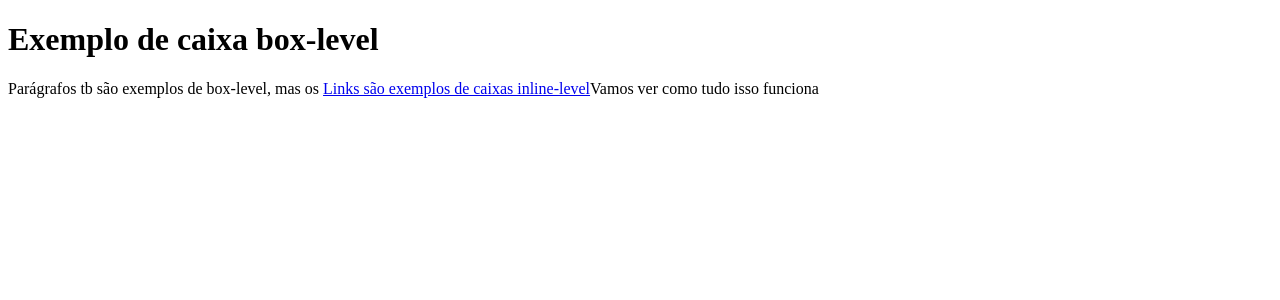
Repository: DorivalJunior14/exercicios
Page: ex.caixas.html/ex.caixas.html
The author's editor kept a copy of each file at every save. The page is drawn from the files as they stood at one save, then again after a run of saves.
The browser window is 1280 px wide. The pictures show the whole page.

Above is the page before, as saved 2021-05-12 16:15:50.

After the next 2 saves:
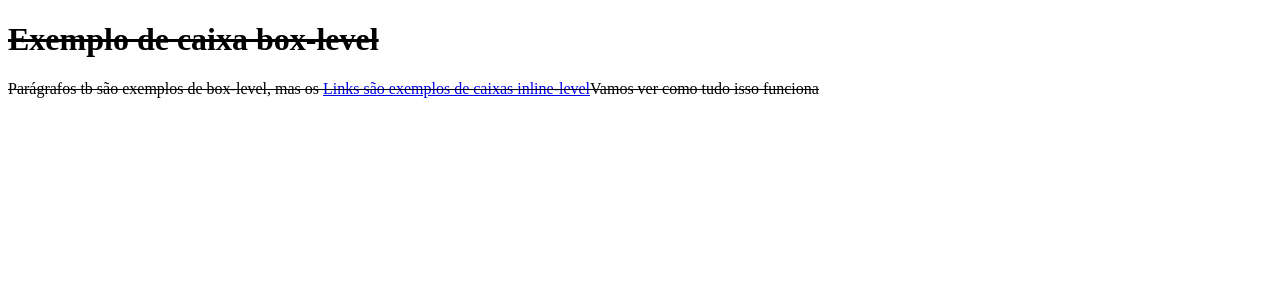
The 2 saves are shown as one change because they came seconds apart.
The last was saved 36 s later.
--- a/ex.caixas.html/ex.caixas.html
+++ b/ex.caixas.html/ex.caixas.html
@@ -4,7 +4,7 @@
     <meta charset="UTF-8">
     <meta name="viewport" content="width=device-width, initial-scale=1.0">
     <title>Modelos de Caixas</title>
-
+    <s
 </head>
 <body>
 
